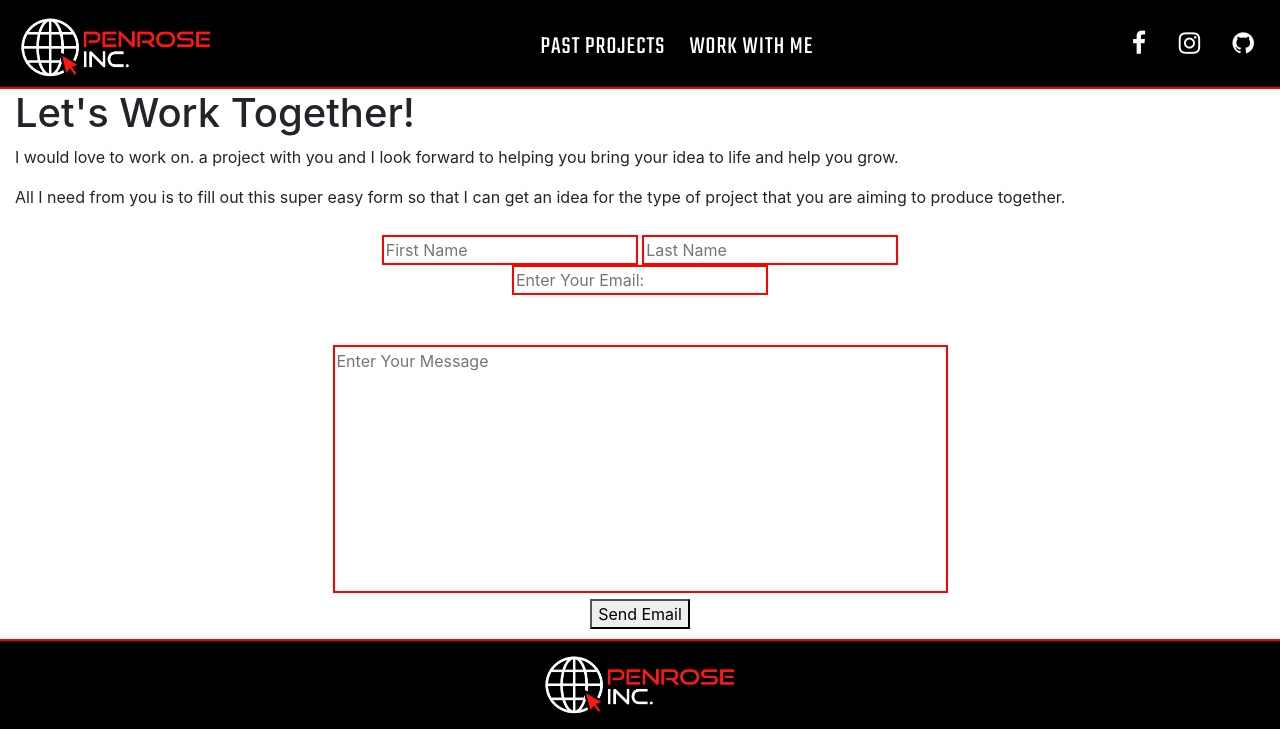
Repository: mrwillpenrose/penrose-inc
Page: work-with-me.html
The author's editor kept a record of every edit. The page is drawn from the files as they stood at one moment, then again after the next edit.
The browser window is 1280 px wide. The pictures show the whole page.
Some web libraries are served in a nearby version.

Above is the page before.

After the next edit:
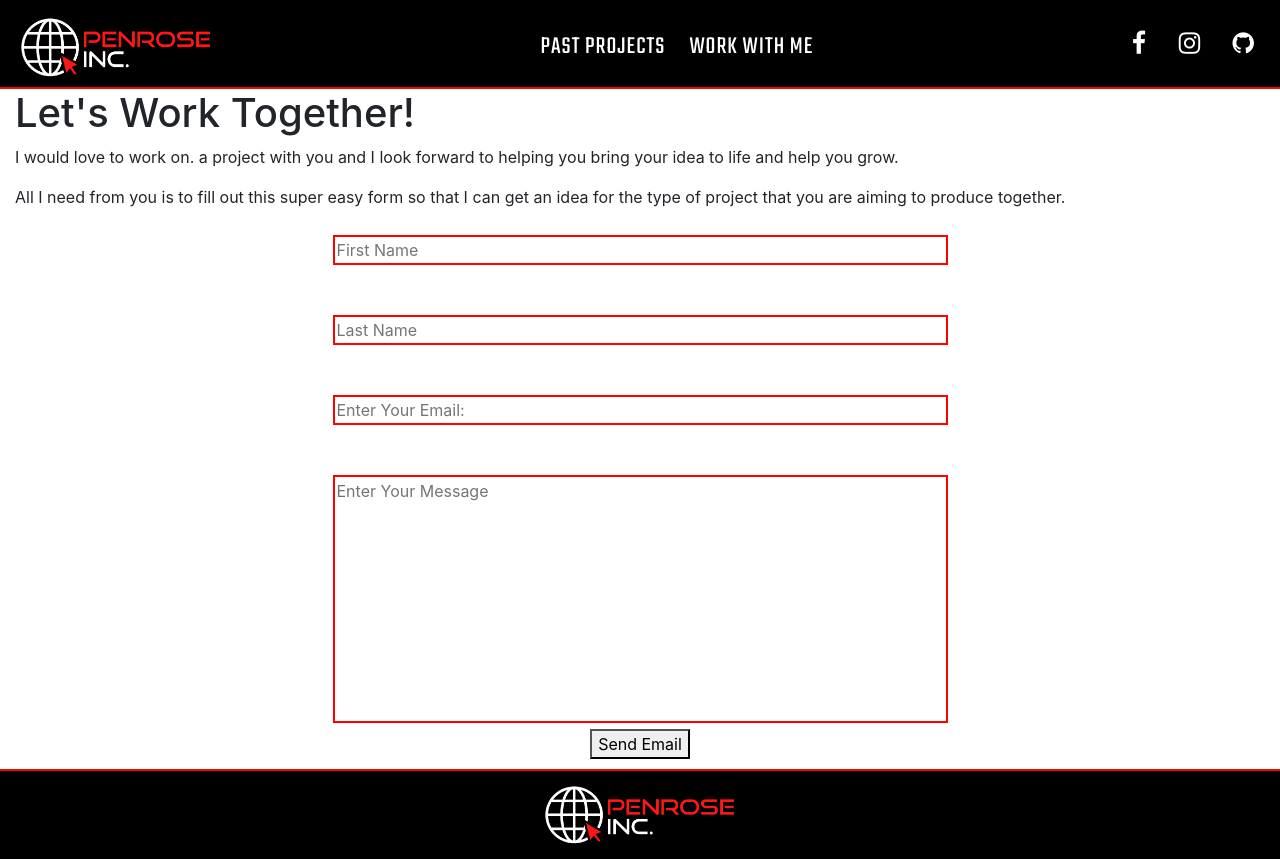
The edit:
--- a/work-with-me.html
+++ b/work-with-me.html
@@ -72,10 +72,10 @@
                     All I need from you is to fill out this super easy form so that I can get an idea for the type of project that you are aiming to produce together.
                 </p>
                 <form methed="post">
-                    <input type="text" name="firstName" placeholder="First Name" required>
-                    <input type="text" name="lastName" placeholder="Last Name" required><br>
-                    <input type="email" name="email" placeholder="Enter Your Email:" required><br>
-                    <textarea rows="10" cols="30" name="message" placeholder="Enter Your Message"></textarea><br>
+                    <input class="name" type="text" name="firstName" placeholder="First Name" required>
+                    <input class="name" type="text" name="lastName" placeholder="Last Name" required><br>
+                    <input class="email" type="email" name="email" placeholder="Enter Your Email:" required><br>
+                    <textarea rows="10" cols="500" name="message" placeholder="Enter Your Message"></textarea><br>
                     <button type="submit" name="submit">Send Email</button>
                 </form>
             </div>
